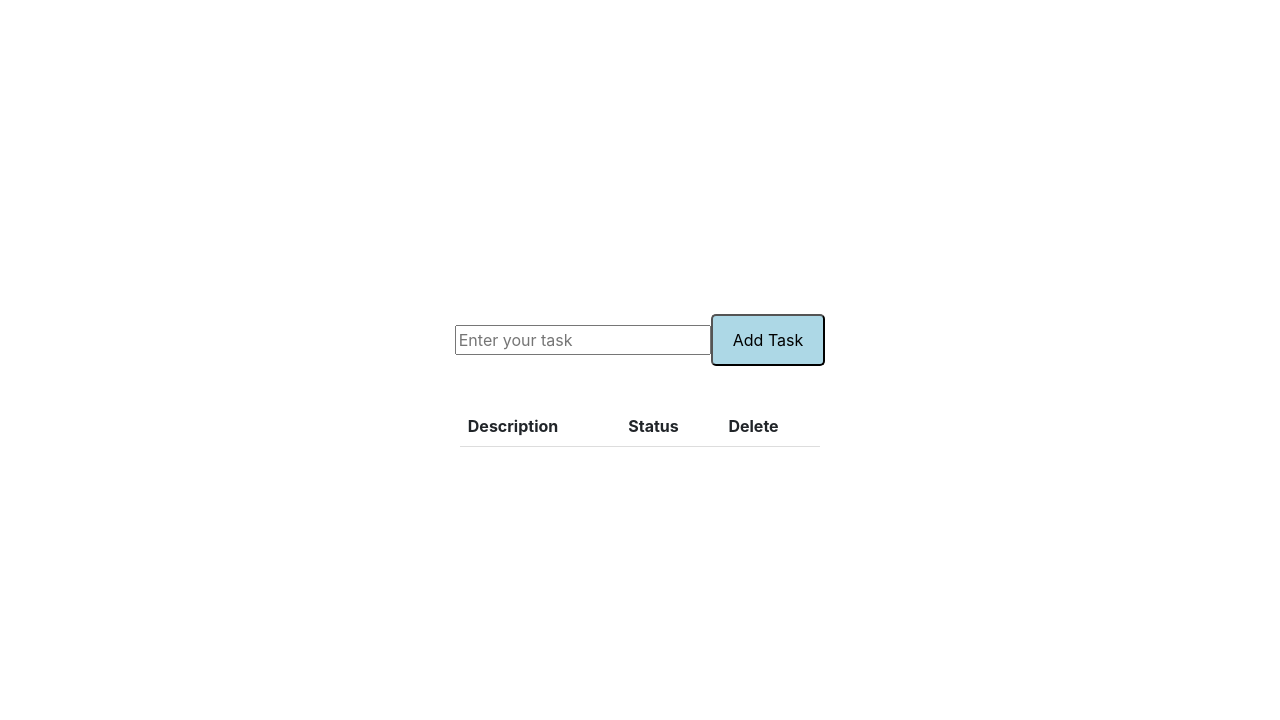
Repository: 12Arc/todoapp
Page: / (app in client/)
The author's editor kept a copy of each file at every save. The page is drawn from the files as they stood at one save, then again after the next save.
The browser window is 1280 px wide. The pictures show the whole page.
The page's requests for data from a server got no answer. Some web libraries are served in a nearby version. The project was rebuilt for these pictures with package versions that can differ from the ones it lists, and the page was loaded fresh each time. No one was signed in, and anything a server would have sent is missing.

Above is the page before, as saved 2024-05-13 23:54:08.

After the next save:
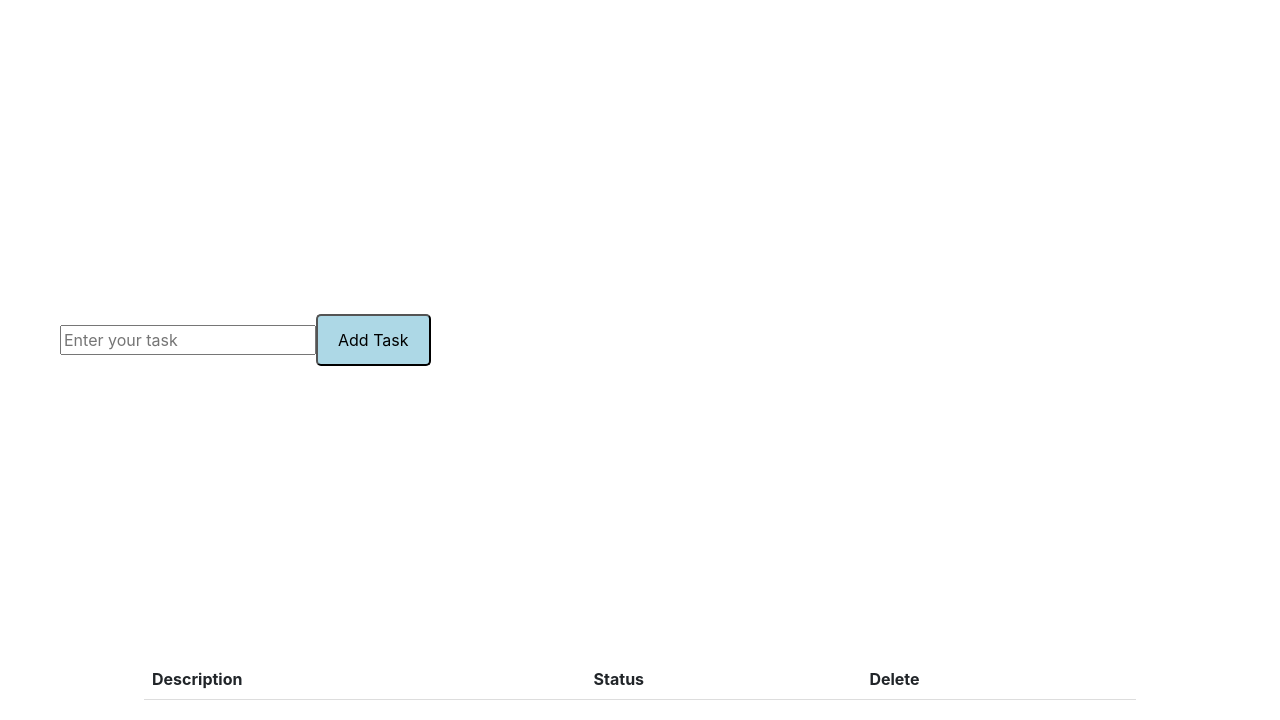
Saved 3 s later.
--- a/client/src/App.css
+++ b/client/src/App.css
@@ -13,7 +13,15 @@
   }
 }
 
-
+.main-container {
+  display: flex;
+  flex-direction: column;
+  align-items: center;
+  justify-content: flex-start;
+  width: 100vw;
+  min-height: 100vh;
+  padding: 20px;
+}
 
 /* Optional: Adjustments if you prefer side-by-side layout */
 
